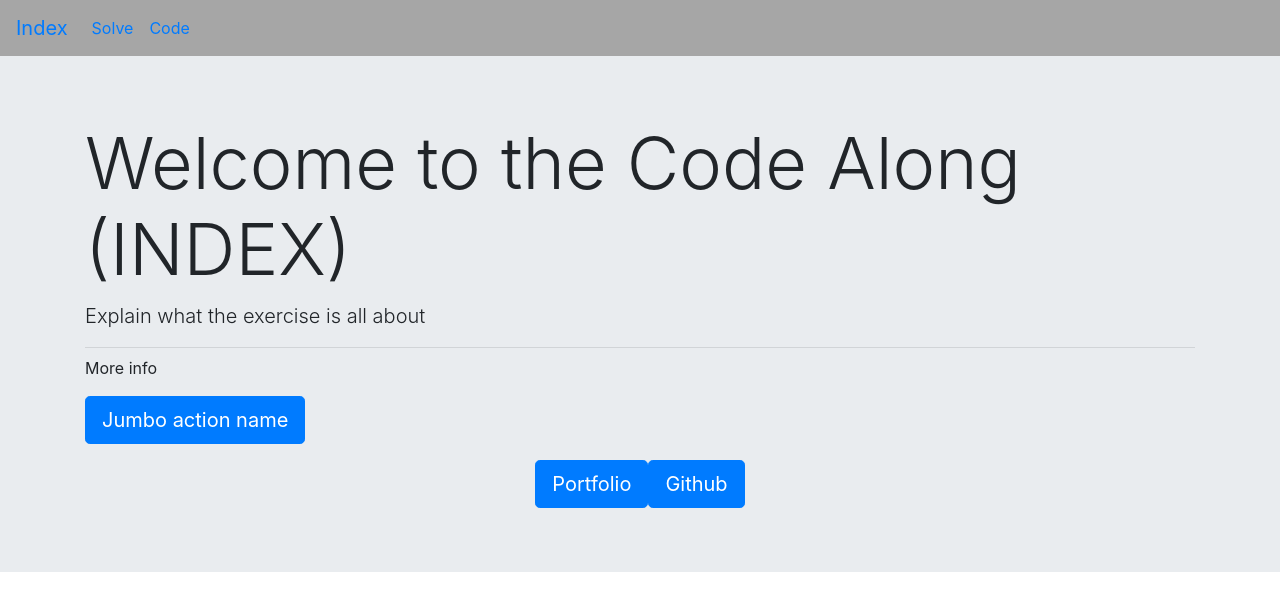
Repository: zhadjah9559/TacocatGrammar
Page: index.html
The author's editor kept a copy of each file at every save. The page is drawn from the files as they stood at one save, then again after the next save.
The browser window is 1280 px wide. The pictures show the whole page.

Above is the page before, as saved 2021-01-12 01:16:51.

### index.html
<!doctype html>
<html lang="en">
  <head>
    <title>Index</title>
    <!-- Required meta tags -->
    <meta charset="utf-8">
    <meta name="viewport" content="width=device-width, initial-scale=1, shrink-to-fit=no">

    <!-- Bootstrap CSS -->
    <link rel="stylesheet" href="https://stackpath.bootstrapcdn.com/bootstrap/4.3.1/css/bootstrap.min.css" integrity="sha384-ggOyR0iXCbMQv3Xipma34MD+dH/1fQ784/j6cY/iJTQUOhcWr7x9JvoRxT2MZw1T" crossorigin="anonymous">
  </head>
  <body>

    <nav class="navbar navbar-expand-sm" style="background-color: #A6A6A6;">
        <a class="navbar-brand" href="#">Index</a>
        <button class="navbar-toggler d-lg-none" type="button" data-toggle="collapse" data-target="#collapsibleNavId" aria-controls="collapsibleNavId"
            aria-expanded="false" aria-label="Toggle navigation"></button>
        <div class="collapse navbar-collapse" id="collapsibleNavId">
            <ul class="navbar-nav mr-auto mt-2 mt-lg-0">
                <li class="nav-item active">
                    <a class="nav-link" href="solve.html">Solve<span class="sr-only">(current)</span></a>
                </li>
                <li class="nav-item">
                    <a class="nav-link" href="code.html">Code</a>
                </li>
            </ul>
        </div>
    </nav>


    <div class="jumbotron jumbotron-fluid">
        <div class="container">
            <h1 class="display-3">Welcome to the Code Along (INDEX)</h1>
            <p class="lead">Explain what the exercise is all about</p>
            <hr class="my-2">
            <p>More info</p>
            <p class="lead">
                <a class="btn btn-primary btn-lg" href="Jumbo action link" role="button">Jumbo action name</a>
            </p>

            <div class="row justify-content-center">
                <a class="btn btn-primary btn-lg" target="_blank" href="https://zacharyhadjah.netlify.app/" role="button">Portfolio</a>
                <a class="btn btn-primary btn-lg" target="_blank" href="https://github.com/zhadjah9559" role="button">Github</a>
            </div>
        </div>
        </div>


    </div>



    <!-- Optional JavaScript -->
    <!-- jQuery first, then Popper.js, then Bootstrap JS -->
    <script src="https://code.jquery.com/jquery-3.3.1.slim.min.js" integrity="sha384-q8i/X+965DzO0rT7abK41JStQIAqVgRVzpbzo5smXKp4YfRvH+8abtTE1Pi6jizo" crossorigin="anonymous"></script>
    <script src="https://cdnjs.cloudflare.com/ajax/libs/popper.js/1.14.7/umd/popper.min.js" integrity="sha384-UO2eT0CpHqdSJQ6hJty5KVphtPhzWj9WO1clHTMGa3JDZwrnQq4sF86dIHNDz0W1" crossorigin="anonymous"></script>
    <script src="https://stackpath.bootstrapcdn.com/bootstrap/4.3.1/js/bootstrap.min.js" integrity="sha384-JjSmVgyd0p3pXB1rRibZUAYoIIy6OrQ6VrjIEaFf/nJGzIxFDsf4x0xIM+B07jRM" crossorigin="anonymous"></script>
  </body>
</html>

After the next save:
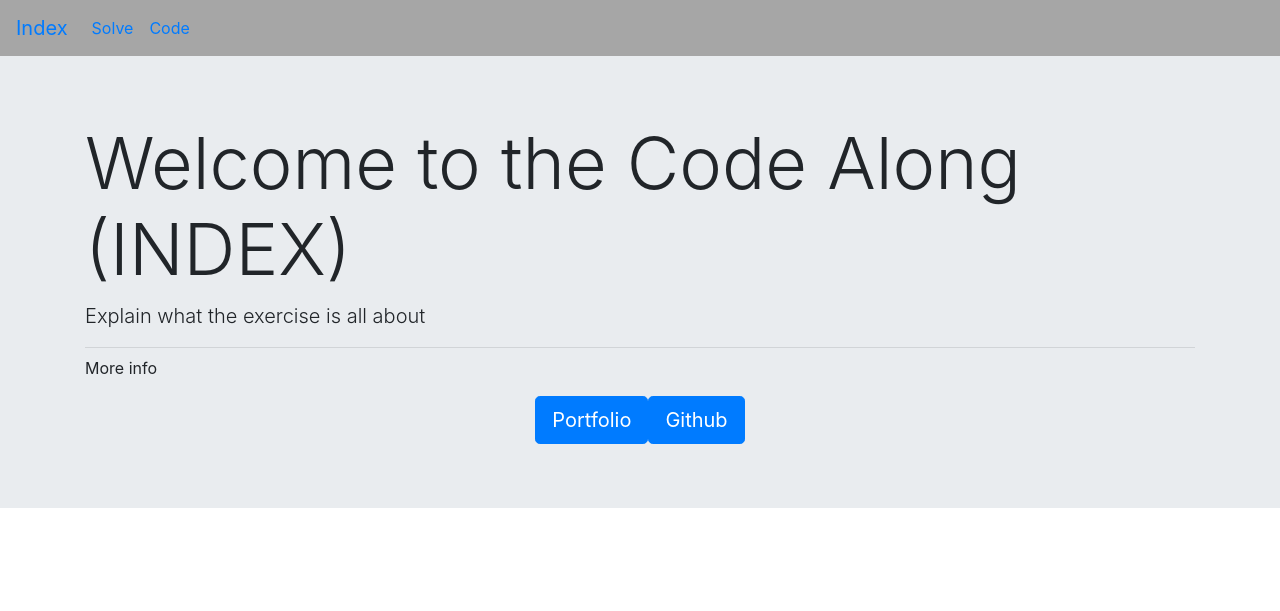
Saved 90 s later.
--- a/index.html
+++ b/index.html
@@ -34,9 +34,7 @@
             <p class="lead">Explain what the exercise is all about</p>
             <hr class="my-2">
             <p>More info</p>
-            <p class="lead">
-                <a class="btn btn-primary btn-lg" href="Jumbo action link" role="button">Jumbo action name</a>
-            </p>
+
 
             <div class="row justify-content-center">
                 <a class="btn btn-primary btn-lg" target="_blank" href="https://zacharyhadjah.netlify.app/" role="button">Portfolio</a>
